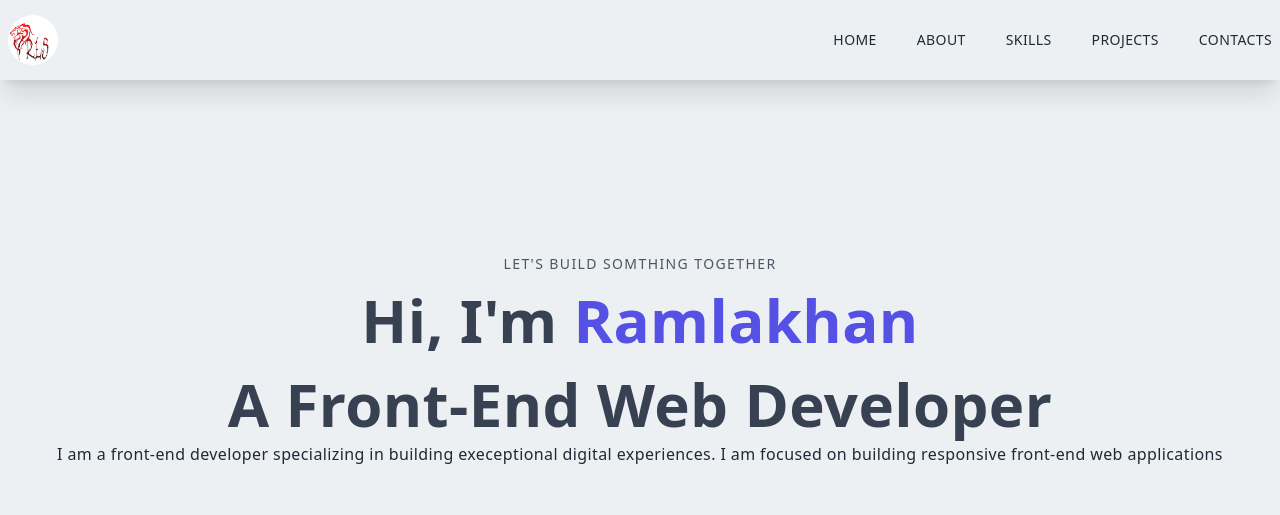
Repository: ram2642/portfolio-using-next-js
Page: /
The author's editor kept a copy of each file at every save. The page is drawn from the files as they stood at one save, then again after a run of saves.
The browser window is 1280 px wide. The pictures show the whole page.
The project was rebuilt for these pictures with package versions that can differ from the ones it lists, and the page was loaded fresh each time. The framework's server and built-in components were replaced by stand-ins that run in the browser. Also part of the build but not shown: next.config.js.

Above is the page before, as saved 2022-09-04 01:56:14.

After the next 3 saves:
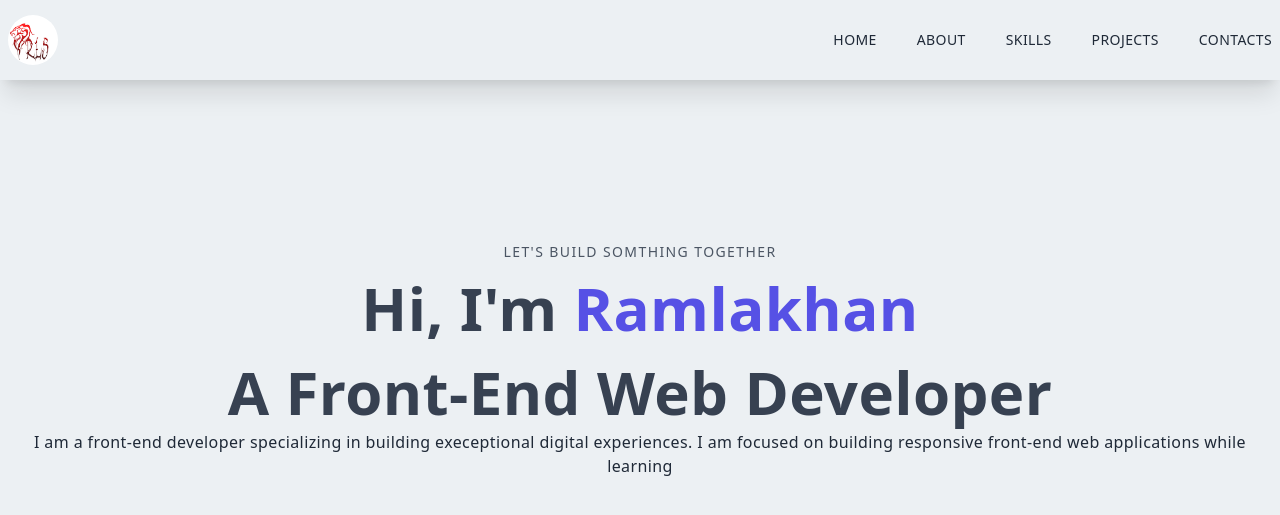
The 3 saves are shown as one change because they came seconds apart.
The last was saved 11 s later.
--- a/components/Main.jsx
+++ b/components/Main.jsx
@@ -13,7 +13,7 @@ const Main = () => {
         A Front-End Web Developer
       </h1>
       <p>
-        I am a front-end developer specializing in building execeptional digital experiences. I am focused on building responsive front-end web applications
+        I am a front-end developer specializing in building execeptional digital experiences. I am focused on building responsive front-end web applications while learning
       </p>
     </div>
 
